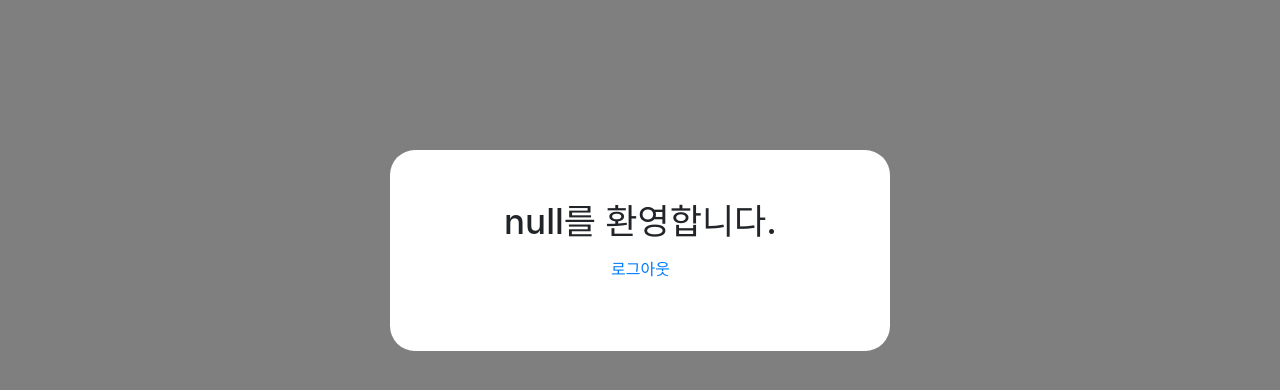
Repository: Jungsol/Servlet_JSP_study
Page: http://localhost/JSP/ex13Login/loginTrue.jsp
The author's editor kept a copy of each file at every save. The page is drawn from the files as they stood at one save, then again after the next save.
The browser window is 1280 px wide. The pictures show the whole page.
Some web libraries are served in a nearby version. The page is served by Tomcat 9.

Above is the page before, as saved 2023-06-16 14:27:33.
Console error: TypeError: Cannot read properties of undefined (reading 'fn')

After the next save:
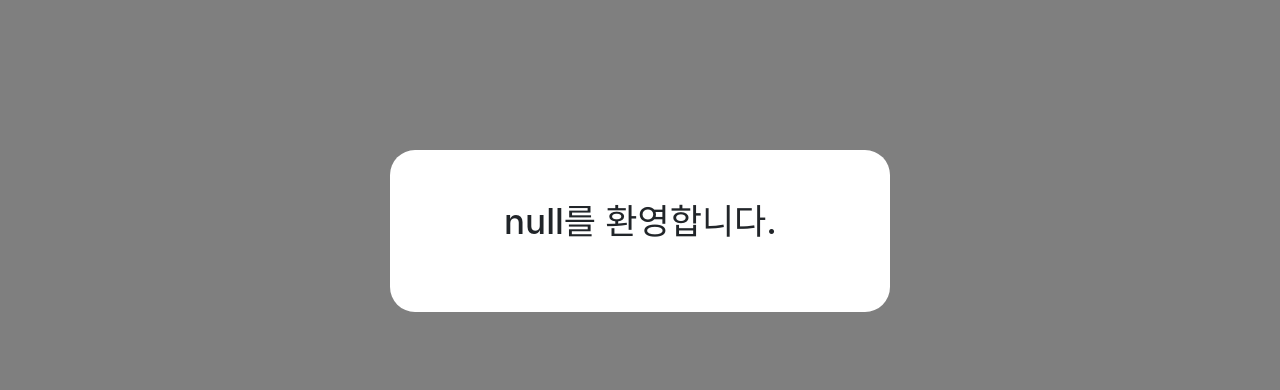
Saved 21 s later.
--- a/JSP/src/main/webapp/ex13Login/loginTrue.jsp
+++ b/JSP/src/main/webapp/ex13Login/loginTrue.jsp
@@ -15,11 +15,7 @@
 		<div class="main-div">
 			<div class="panel">
 				<!-- id를 웹페이지에 출력하시오. -->
-
 				<h1><%=request.getParameter("id") %>를 환영합니다.</h1>
-				<%-- <h1><%=session.getAttribute("user_nick") %>를 환영합니다.</h1> --%>
-
-				<a href="logout.jsp">로그아웃</a>
 
 
 			</div>
